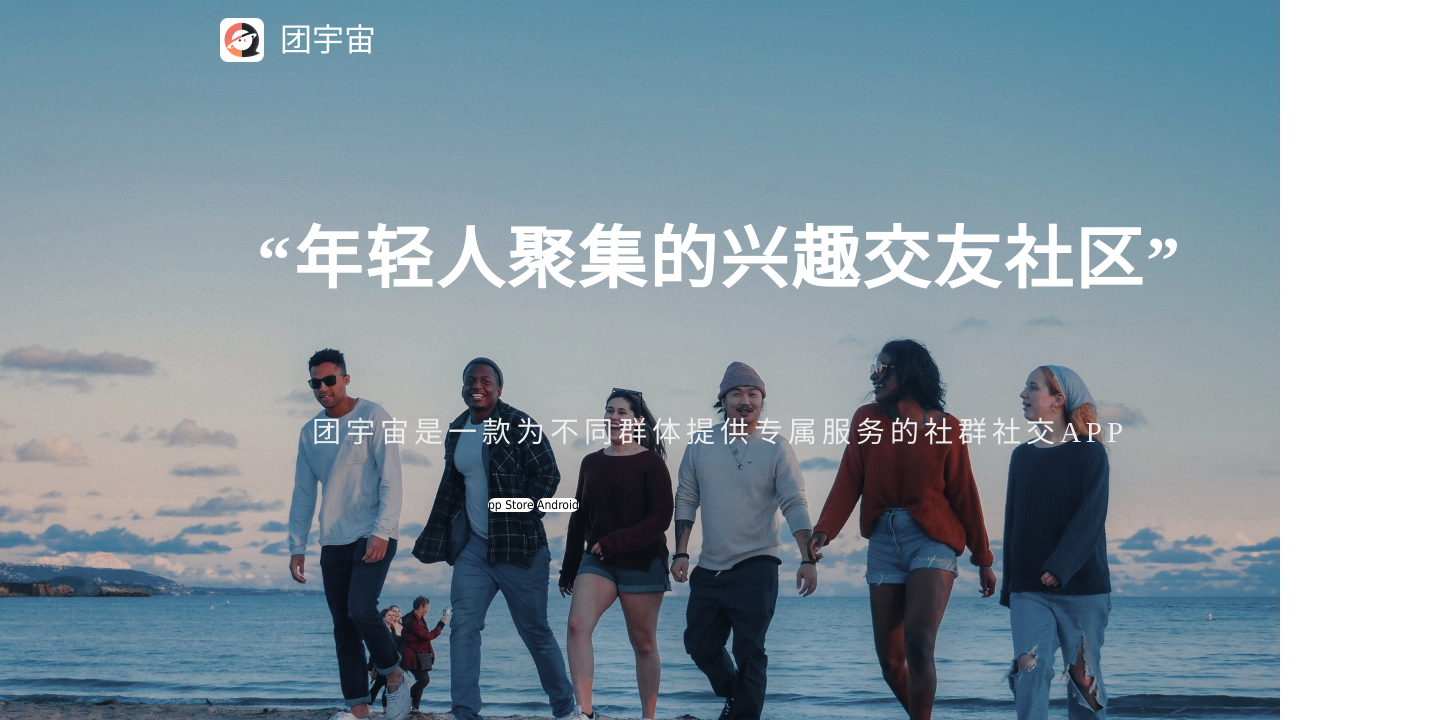
Repository: SanpLee/tyz
Page: homePage/index.html
These files come from the project's save history. The page is drawn as it stood at one moment and after the next save; the edit follows.
The browser window is 1280 px wide. The page is 1440 px wide, so the pictures cover 1440 px, including what lies to the right of the window. The pictures show the whole page.

Above is the page before, as saved 2022-05-25 17:12:43.

After the next save:
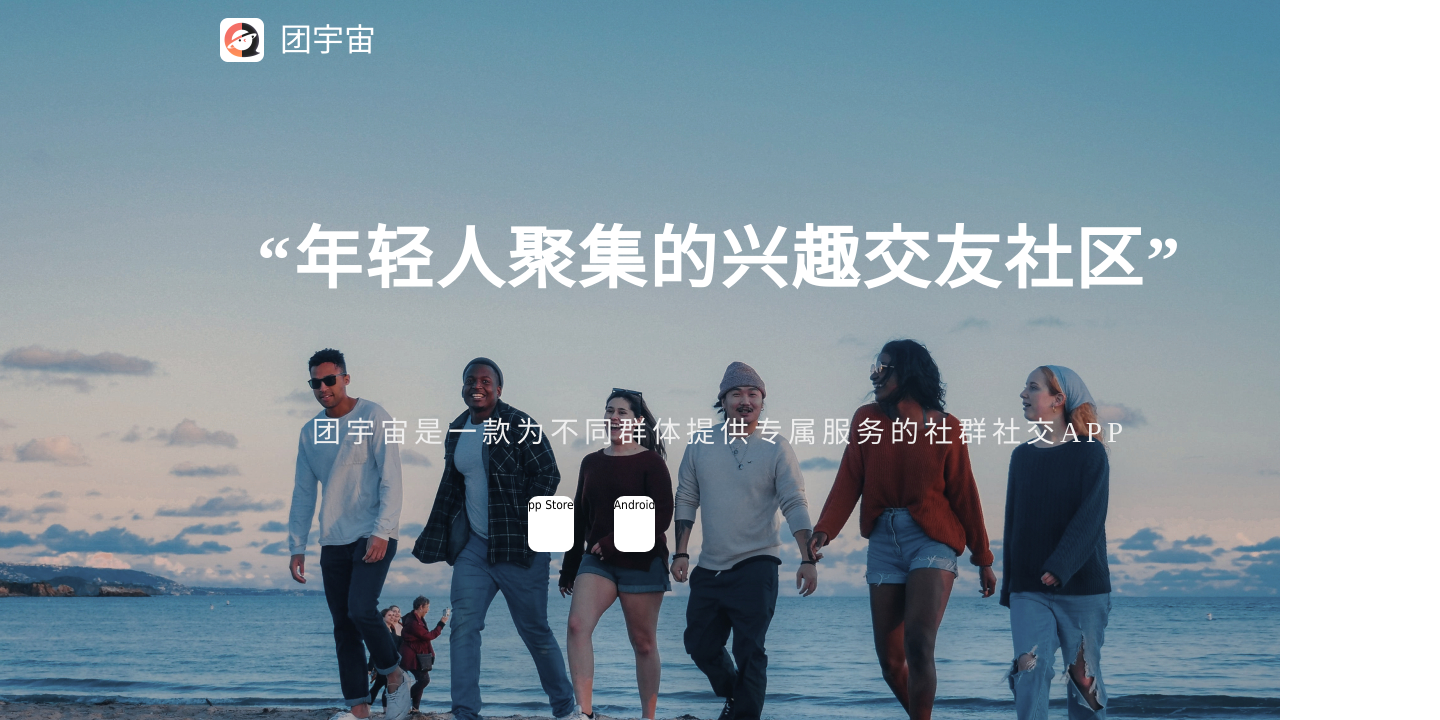
Saved 74 s later.
--- a/homePage/css/index.css
+++ b/homePage/css/index.css
@@ -111,4 +111,12 @@
     height: 56px;
     background: #FFF;
     border-radius: 10px;
+    float: left;
+    margin-left: 40px;
 }
+.sc-use span:first{
+    margin-left: 0;
+}
+.sc-use span.app{
+
+}
